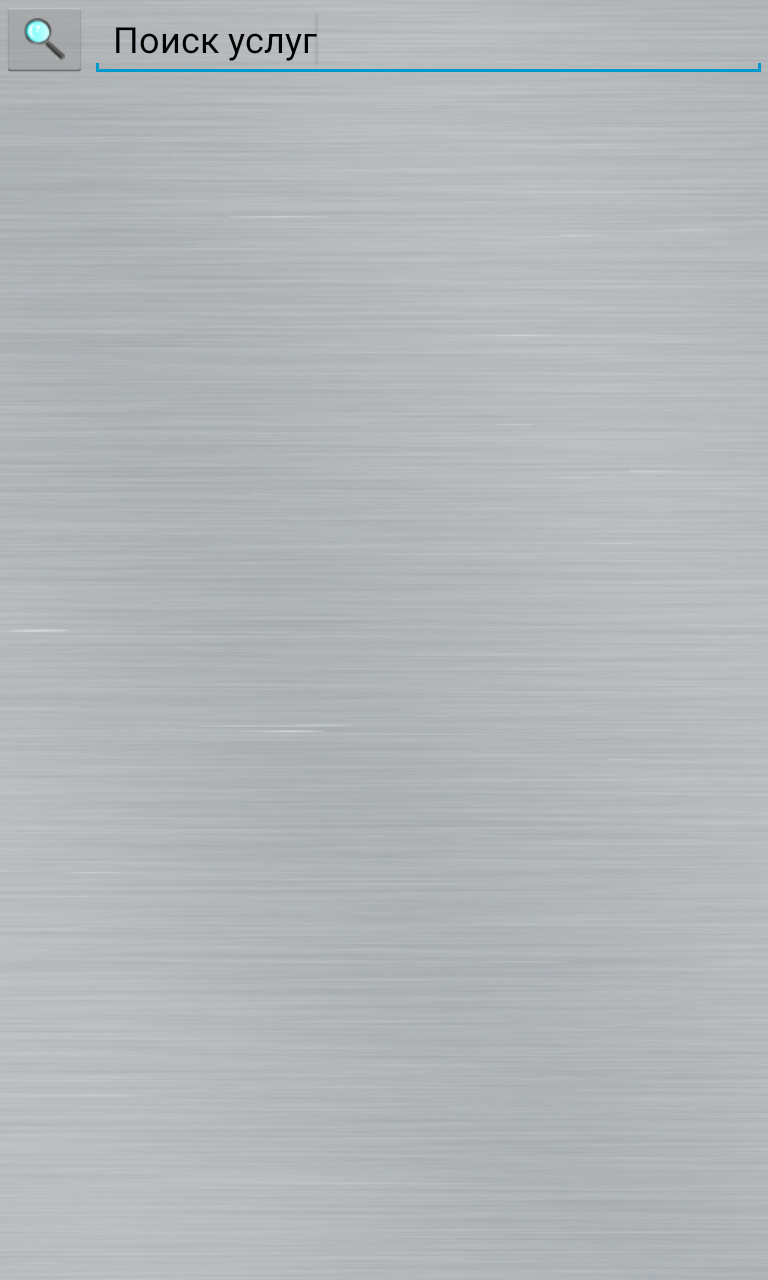
Repository: complexityclass/GosClient
Layout: Client/res/layout/listview_searchbar_layout.xml
The author's editor kept a copy of each file at every save. The layout is drawn from the files as they stood at one save, then again after the next save.
It is drawn on a 768 x 1280 px phone screen (xhdpi) without system bars, with theme AppTheme; the app's code is not run. Lists and similar views that code fills are empty.

Above is the layout before, as saved 2013-04-21 08:39:46.

### Client/res/layout/listview_searchbar_layout.xml
<?xml version="1.0" encoding="utf-8"?>
<RelativeLayout xmlns:android="http://schemas.android.com/apk/res/android"
    android:layout_width="fill_parent"
    android:layout_height="fill_parent"
    android:background="@drawable/back">


    <EditText
        android:id="@+id/editText1"
        android:layout_width="132dp"
        android:layout_height="wrap_content"
        android:layout_alignParentRight="true"
        android:layout_alignParentTop="true"
        android:layout_toRightOf="@+id/ImageButton01"
        android:text="Поиск услуг"
        android:textColorHighlight="@android:color/holo_blue_light"
        android:ems="10" >

        <requestFocus />
    </EditText>

    <ListView
        android:id="@+id/listView1"
        android:layout_width="fill_parent"
        android:layout_height="wrap_content"
        android:layout_alignParentLeft="true"
        android:layout_below="@+id/editText1" >
    </ListView>

    <ImageButton
        android:id="@+id/ImageButton01"
        android:layout_width="wrap_content"
        android:layout_height="wrap_content"
        android:layout_above="@+id/listView1"
        android:layout_alignParentLeft="true"
        android:layout_alignParentTop="true"
        android:src="@drawable/magnifier" />

</RelativeLayout>

Loaded but not shown: Client/res/values-v11/styles.xml (common file); Client/res/values-v14/styles.xml (common file); Client/res/values/styles.xml (common file)

After the next save:
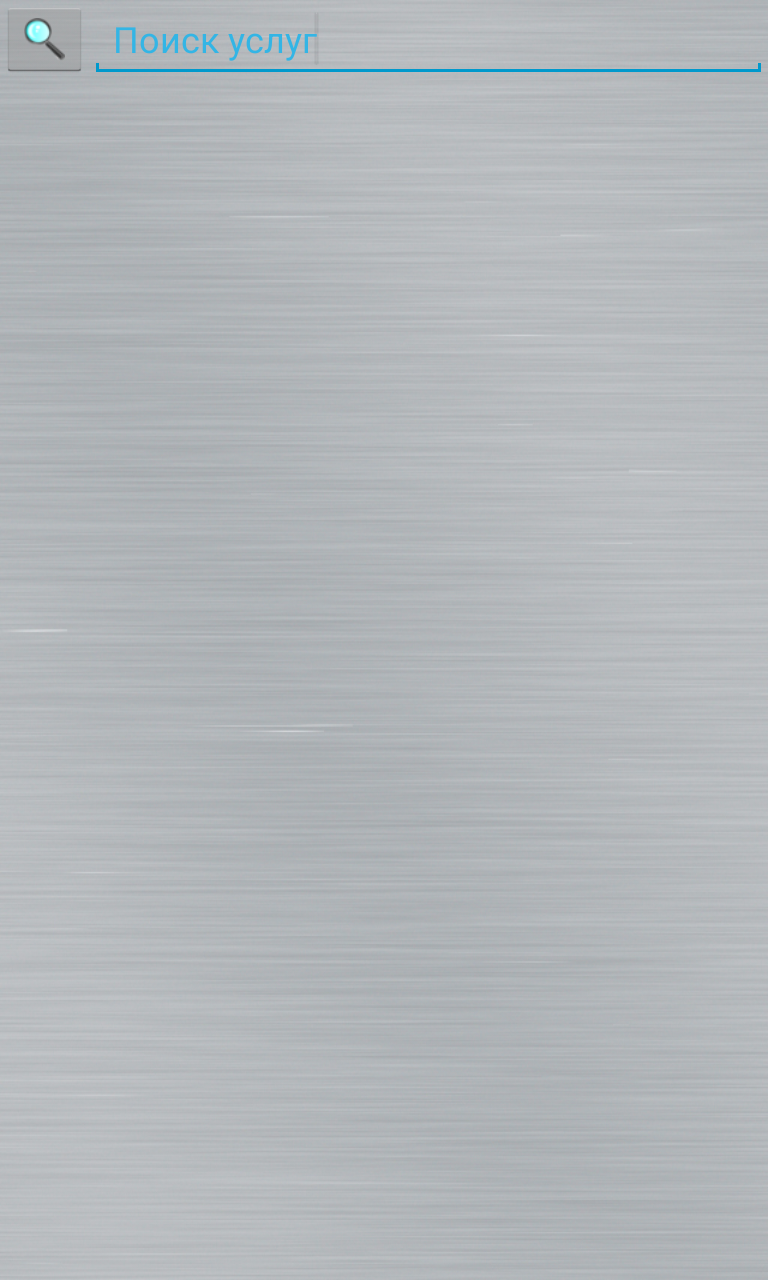
Saved 35 s later.
--- a/Client/res/layout/listview_searchbar_layout.xml
+++ b/Client/res/layout/listview_searchbar_layout.xml
@@ -13,7 +13,7 @@
         android:layout_alignParentTop="true"
         android:layout_toRightOf="@+id/ImageButton01"
         android:text="Поиск услуг"
-        android:textColorHighlight="@android:color/holo_blue_light"
+        android:textColor="@android:color/holo_blue_light"
         android:ems="10" >
 
         <requestFocus />
